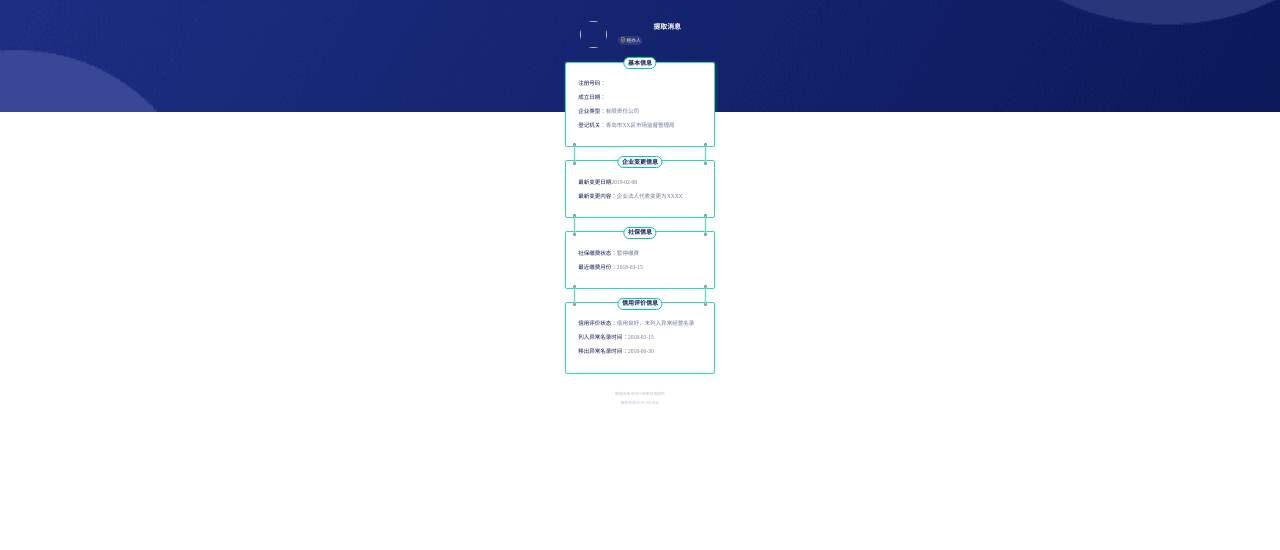
Repository: zlpstart/qingdao-new
Page: /Record
These files come from the project's save history. The page is drawn as it stood at one moment and after the next save; the edit follows.
The browser window is 1280 px wide. The pictures show the whole page.
The page's requests for data from a server got no answer. Some web fonts or font styles are not loaded; a fallback is used. The project was rebuilt for these pictures with package versions that can differ from the ones it lists, and the page was loaded fresh each time. No one was signed in, and anything a server would have sent is missing. Also part of the build but not shown: src/components/MySpace.vue, src/components/Home.vue, src/components/Enterprise.vue, src/components/Opinion.vue, src/components/Opinion2.vue, src/components/Car.vue, src/components/House.vue, src/components/License.vue and 5 more.

Above is the page before, as saved 2019-09-22 21:51:49.

After the next save:
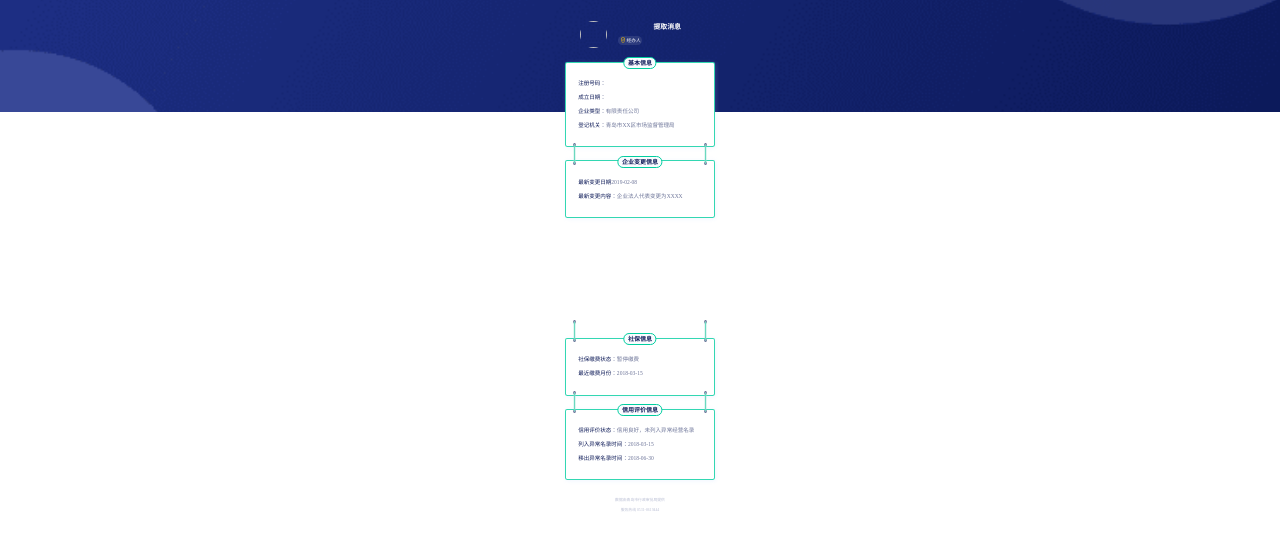
Saved 5 s later.
--- a/src/components/Record.vue
+++ b/src/components/Record.vue
@@ -734,6 +734,6 @@ input[type="checkbox"] {
 }
 .kong2 {
   width: 100%;
-  height: ;
+  height: 6.6667rem;
 }
 </style>

After the save that followed:
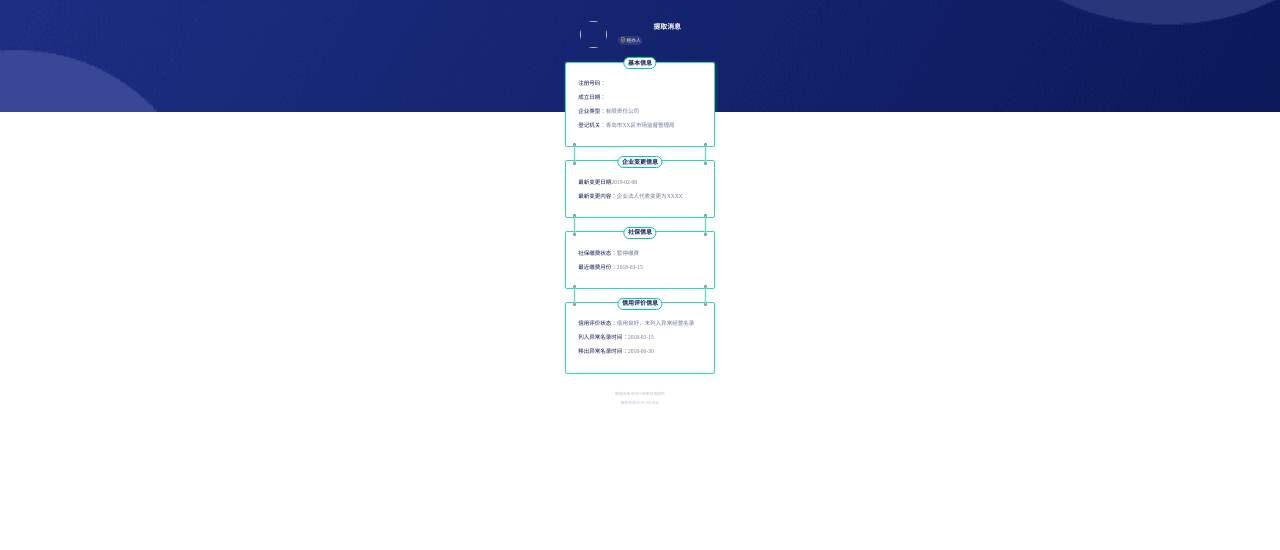
Saved 17 s later.
--- a/src/components/Record.vue
+++ b/src/components/Record.vue
@@ -177,7 +177,6 @@
             <input type="checkbox" v-model="box" value="企业变更信息" />
           </div>
         </div>
-        <div class="kong2"></div>
         <div :class="{legal_content:changeClass,legal2_content:changeStyle}">
           <div class="decorate">
             <div class="decorate_left"></div>
